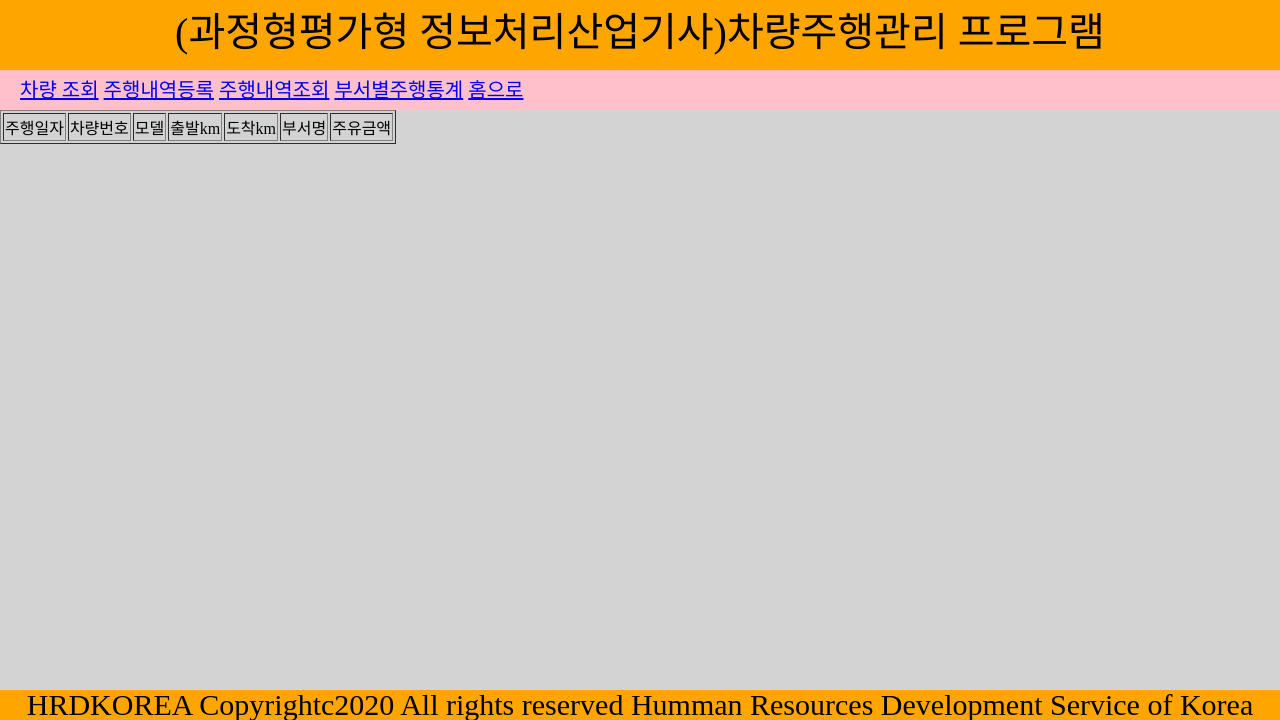
Repository: jeajune0221/information
Page: http://localhost/HRD_2411/drivelist.jsp
These files come from the project's save history. The page is drawn as it stood at one moment and after the next save; the edit follows.
The browser window is 1280 px wide. The pictures show the whole page.
The page is served by Tomcat 9. Queries for data that is not in the repository find no rows.

Above is the page before, as saved 2026-04-13 08:19:38.

After the next save:
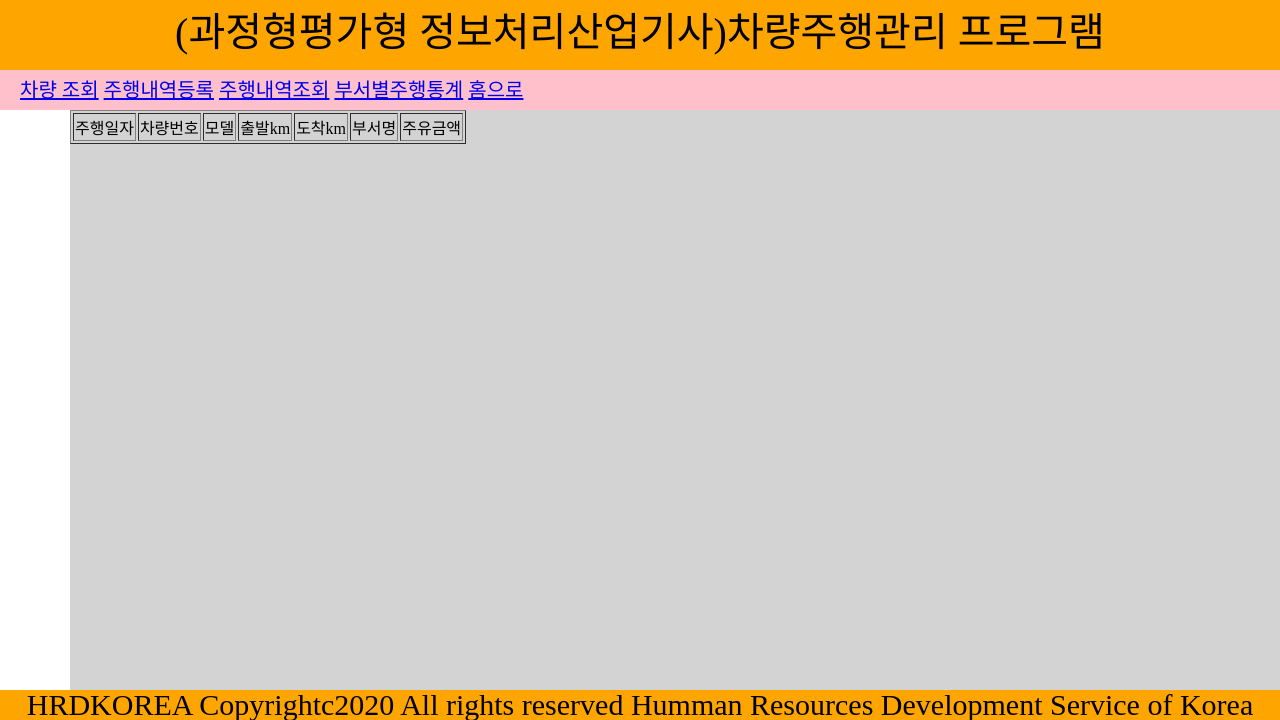
Saved 84 s later.
--- a/HRD_2411/src/main/webapp/style.css
+++ b/HRD_2411/src/main/webapp/style.css
@@ -24,7 +24,7 @@
 section{
 	position : fixed;
 	top : 110px;
-	left : 0px;
+	left : 70px;
 	width : 100%;
 	height : 100%;
 	background : lightgray;

After the save that followed:
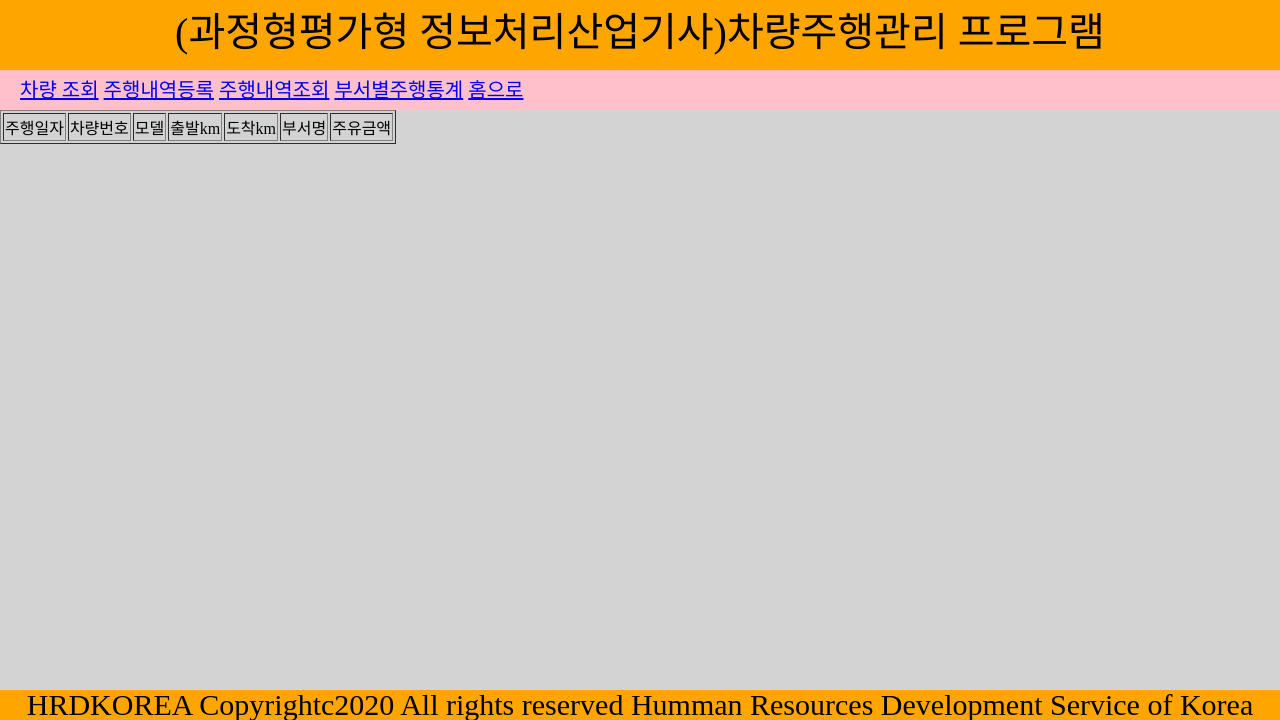
Saved 5 s later.
--- a/HRD_2411/src/main/webapp/style.css
+++ b/HRD_2411/src/main/webapp/style.css
@@ -24,7 +24,7 @@
 section{
 	position : fixed;
 	top : 110px;
-	left : 70px;
+	left : 0px;
 	width : 100%;
 	height : 100%;
 	background : lightgray;
